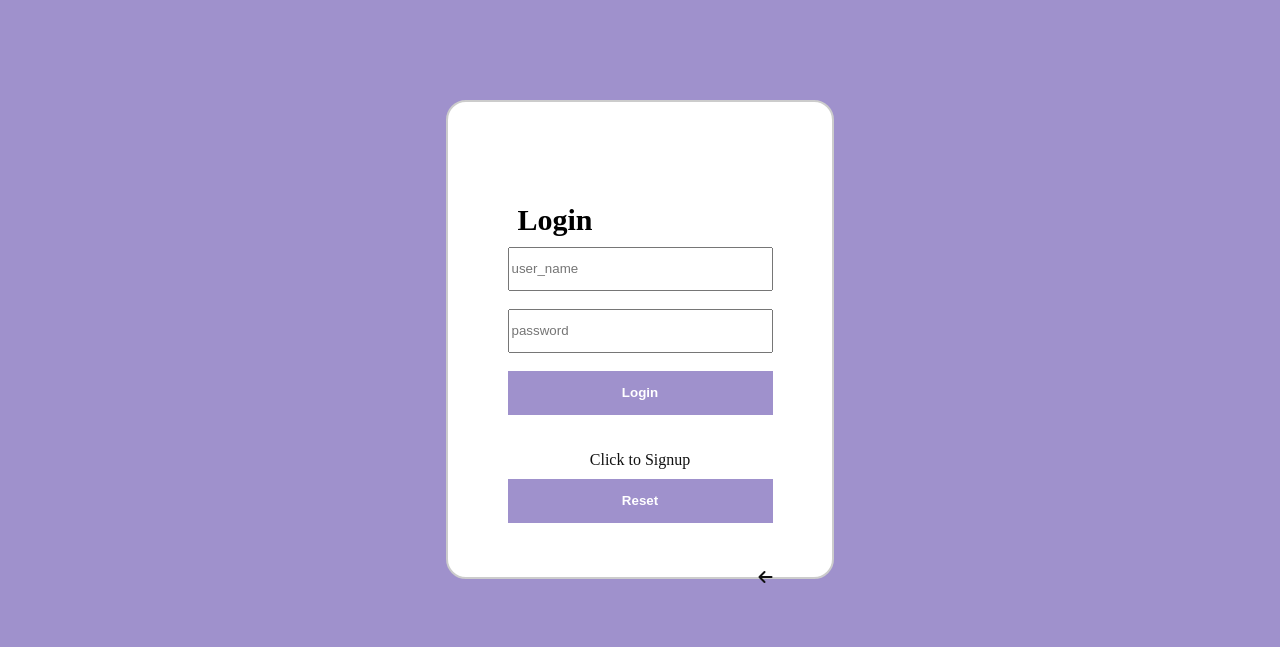
Repository: prathyushaa5/artgallery
Page: http://localhost/index/login.php
An editor plug-in stored every save of this project. The page is shown before and after the next save, followed by the edit.
The browser window is 1280 px wide. The pictures show the whole page.
The page is run by PHP 8.4 with error messages shown; the project is at /var/www/html/.

Above is the page before, as saved 2023-11-20 15:10:36.

After the next save:
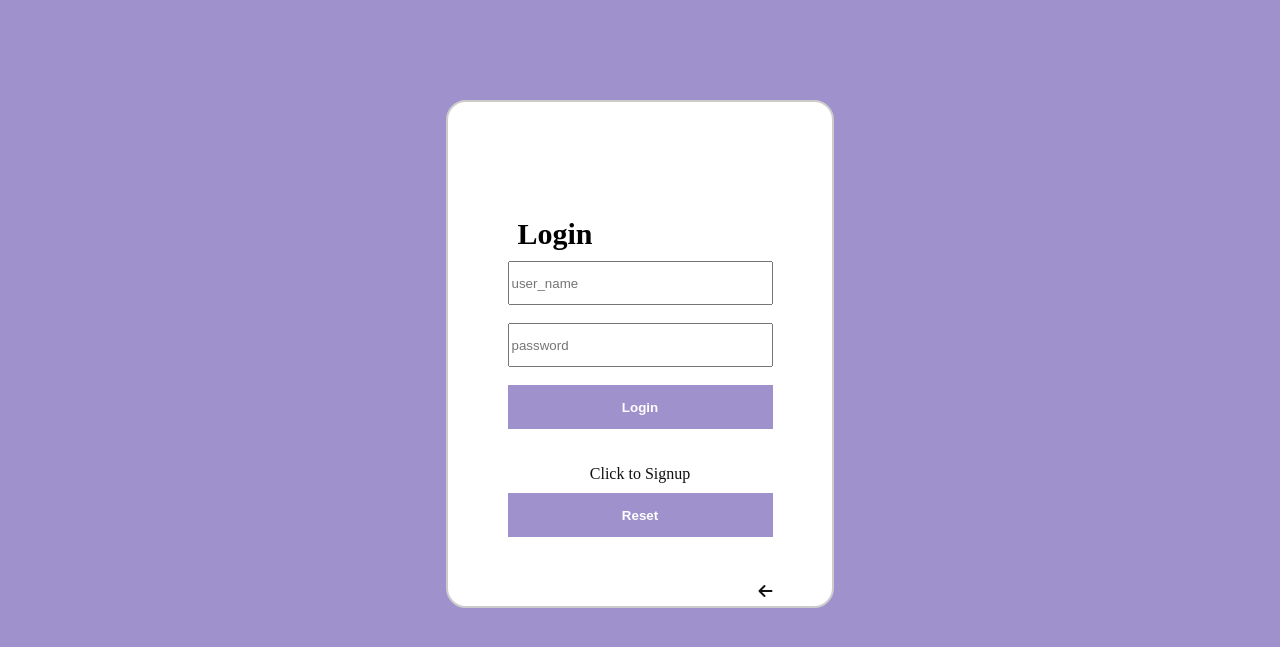
Saved 11 s later.
--- a/index/login.php
+++ b/index/login.php
@@ -66,7 +66,7 @@ body{
 }
 .box{
     width:30%;
-    height:66vh;
+    height:70vh;
     border:2px solid #ccc;
     margin:100px;
     display:flex;
